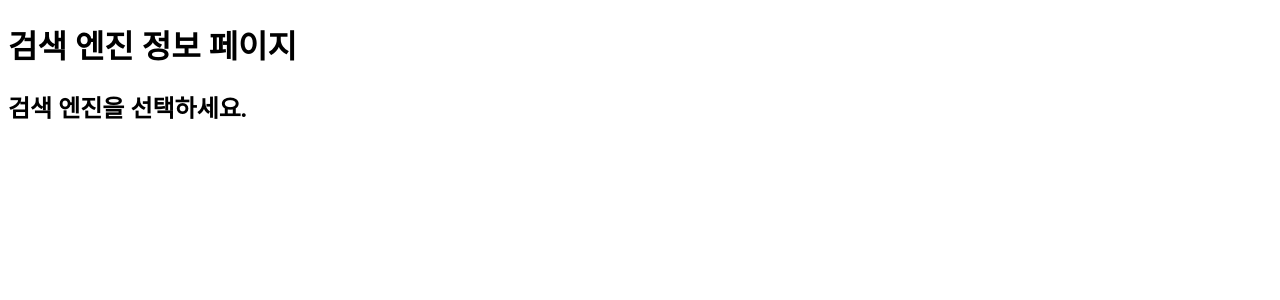
Repository: Endki/self_study_wep
Page: http://localhost/self-study-04/move.jsp
These files come from the project's save history. The page is drawn as it stood at one moment and after the next save; the edit follows.
The browser window is 1280 px wide. The pictures show the whole page.
The page is served by Tomcat 9.

Above is the page before, as saved 2018-08-02 07:52:38.

After the next save:
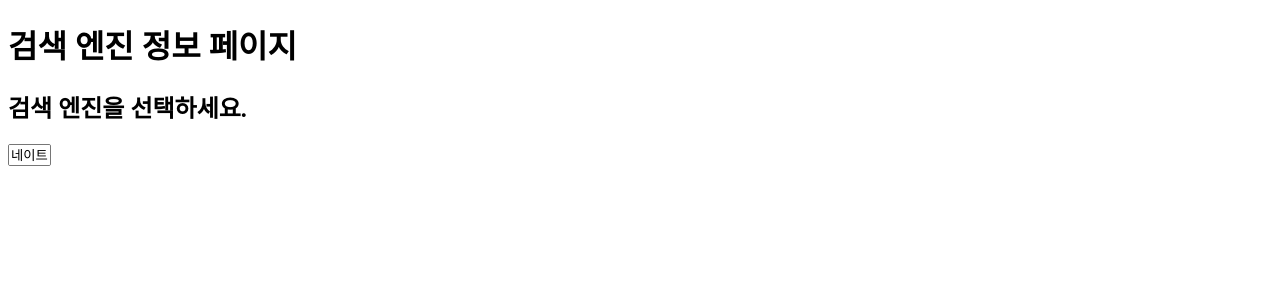
Saved 5 min 13 s later.
--- a/self_study/self-study-04/WebContent/move.jsp
+++ b/self_study/self-study-04/WebContent/move.jsp
@@ -9,7 +9,24 @@
 <body>
 <h1>검색 엔진 정보 페이지</h1>
 <h2>검색 엔진을 선택하세요.</h2>
+<form action="move_redirect.jsp" method="post">
+	<table>
+		<tr>
+		<select id="wepsite" name="wepsite" size='1' multiple="multiple">
+			<option value="네이트" > 네이트</option>
+			<option value="다음">다음</option>
+			<option value="구글">구글</option>
+			<option value="네이트">네이트</option>
 
+
+		</select>
+
+		</table>
+
+
+
+
+</form>
 
 
 </body>
